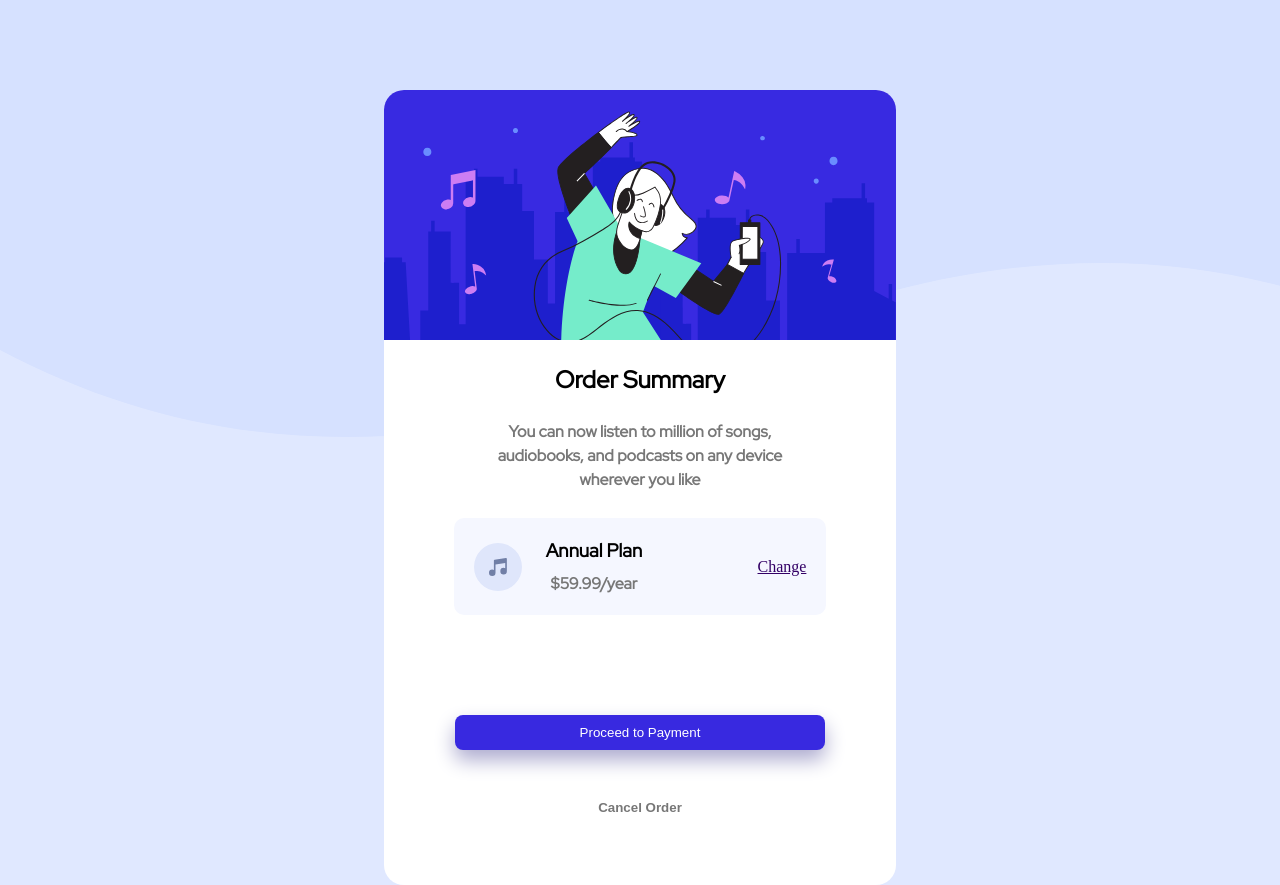
Repository: karanjain71/css-practice
Page: order-summary-component-main/index.html
The author's editor kept a copy of each file at every save. The page is drawn from the files as they stood at one save, then again after the next save.
The browser window is 1280 px wide. The pictures show the whole page.

Above is the page before, as saved 2022-01-29 21:32:17.

After the next save:
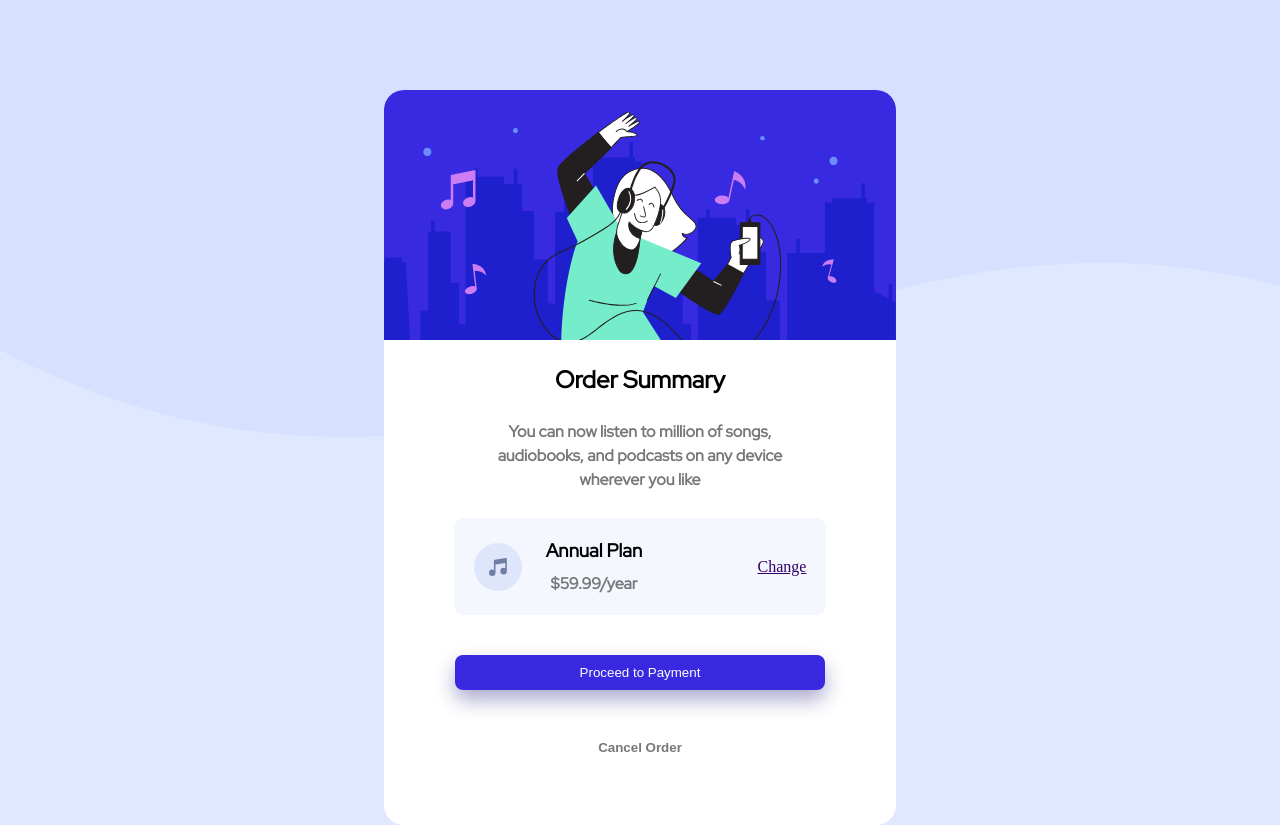
Saved 4 s later.
--- a/order-summary-component-main/style.css
+++ b/order-summary-component-main/style.css
@@ -79,7 +79,7 @@
     display: flex;
     flex-direction: column;
     margin: auto;
-    margin-top: 80px;
+    margin-top: 20px;
 }
 
 .button1{
